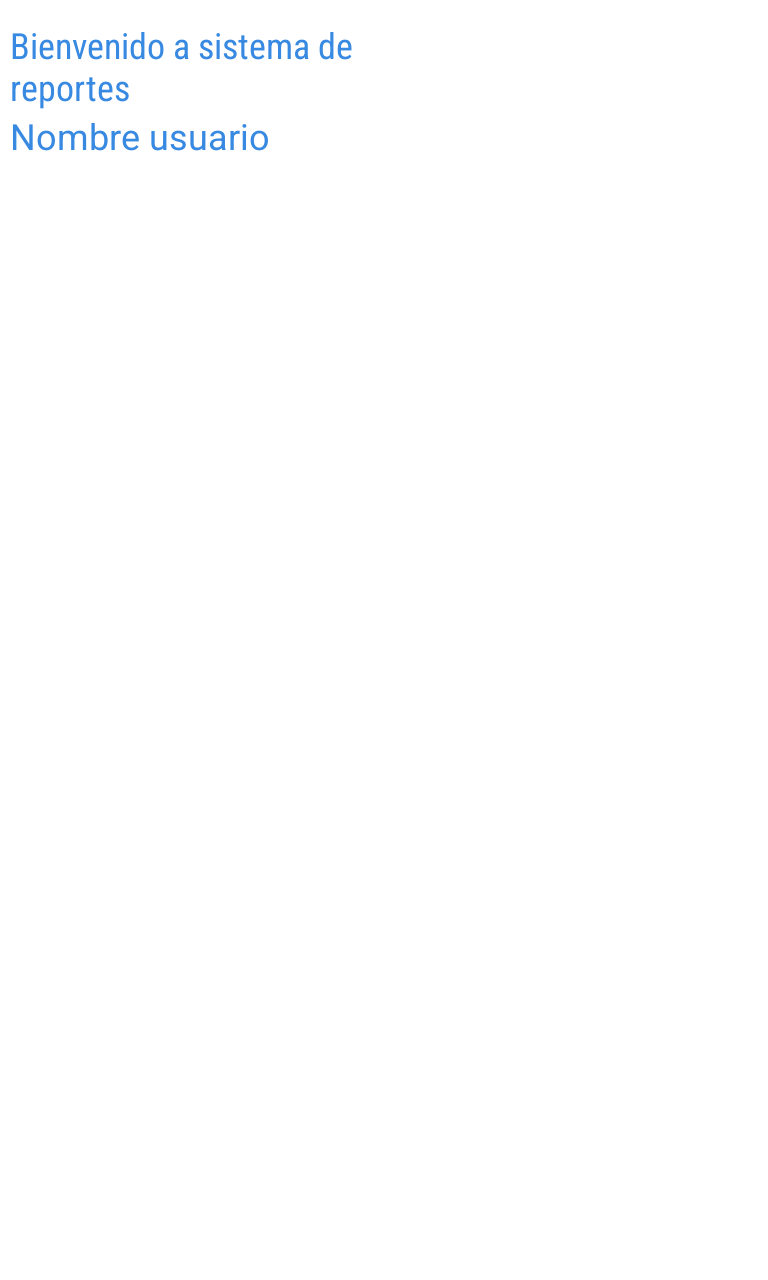
Repository: ramonramirezz/ReportesApp
Layout: Reportes/res/layout/welcome.xml
These files come from the project's save history. The layout is drawn as it stood at one moment and after the next save; the edit follows.
It is drawn on a 768 x 1280 px phone screen (xhdpi) without system bars, with theme AppTheme; the app's code is not run. The app's manifest (not shown) leaves right-to-left support off. So textAlignment, textDirection and layoutDirection are ignored, and left and right values win over start and end ones.

Above is the layout before, as saved 2015-11-20 23:53:36.

### Reportes/res/layout/welcome.xml
<?xml version="1.0" encoding="utf-8"?>
<LinearLayout xmlns:android="http://schemas.android.com/apk/res/android"
    android:layout_width="match_parent"
    android:layout_height="match_parent"
    android:orientation="vertical"
    android:textAlignment="center" >


    <LinearLayout
        android:layout_width="fill_parent"
        android:layout_height="wrap_content"
        android:layout_margin="5dp"
        android:orientation="vertical"

        >
        <TextView
	    	android:id="@+id/tvBienvenido"
	    	android:layout_width="188dp"
	    	android:layout_height="wrap_content"
	    	android:fontFamily="sans-serif-condensed"
	    	android:layout_marginTop="5dp"
	    	android:text="Bienvenido a sistema de reportes"
	    	android:textColor="#3789E1"
	    	android:textSize="18dp" />

		<TextView
	    	android:id="@+id/tvNombreUsuario"
	    	android:layout_width="wrap_content"
	    	android:layout_height="wrap_content"
	    	android:text="Nombre usuario"
	    	android:textColor="#3789E1"
	    	android:textSize="18dp"
	    />


    </LinearLayout>



</LinearLayout>

Loaded but not shown: Reportes/res/values/styles.xml (common file); Reportes/res/values-v11/styles.xml (common file); Reportes/res/values-v14/styles.xml (common file)

After the next save:
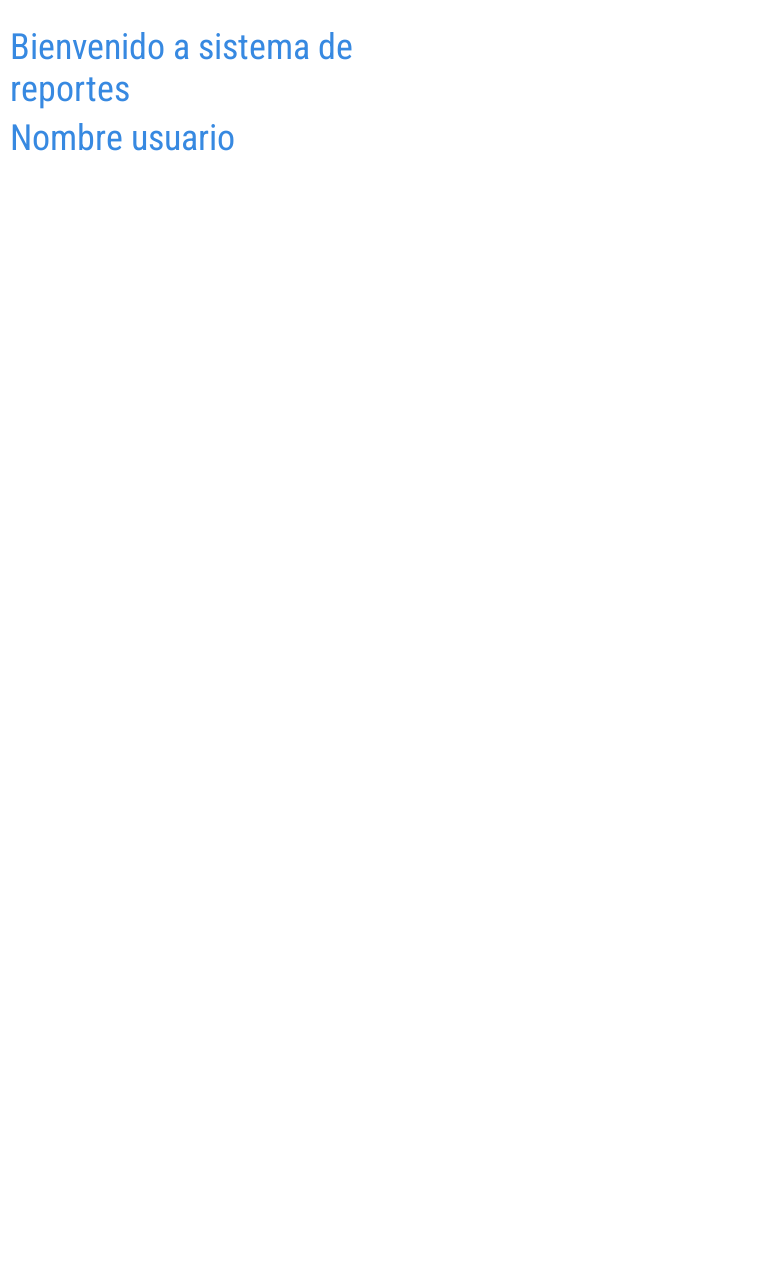
Saved 12 s later.
--- a/Reportes/res/layout/welcome.xml
+++ b/Reportes/res/layout/welcome.xml
@@ -27,6 +27,7 @@
 	    	android:id="@+id/tvNombreUsuario"
 	    	android:layout_width="wrap_content"
 	    	android:layout_height="wrap_content"
+	    	android:fontFamily="sans-serif-condensed"
 	    	android:text="Nombre usuario"
 	    	android:textColor="#3789E1"
 	    	android:textSize="18dp"
